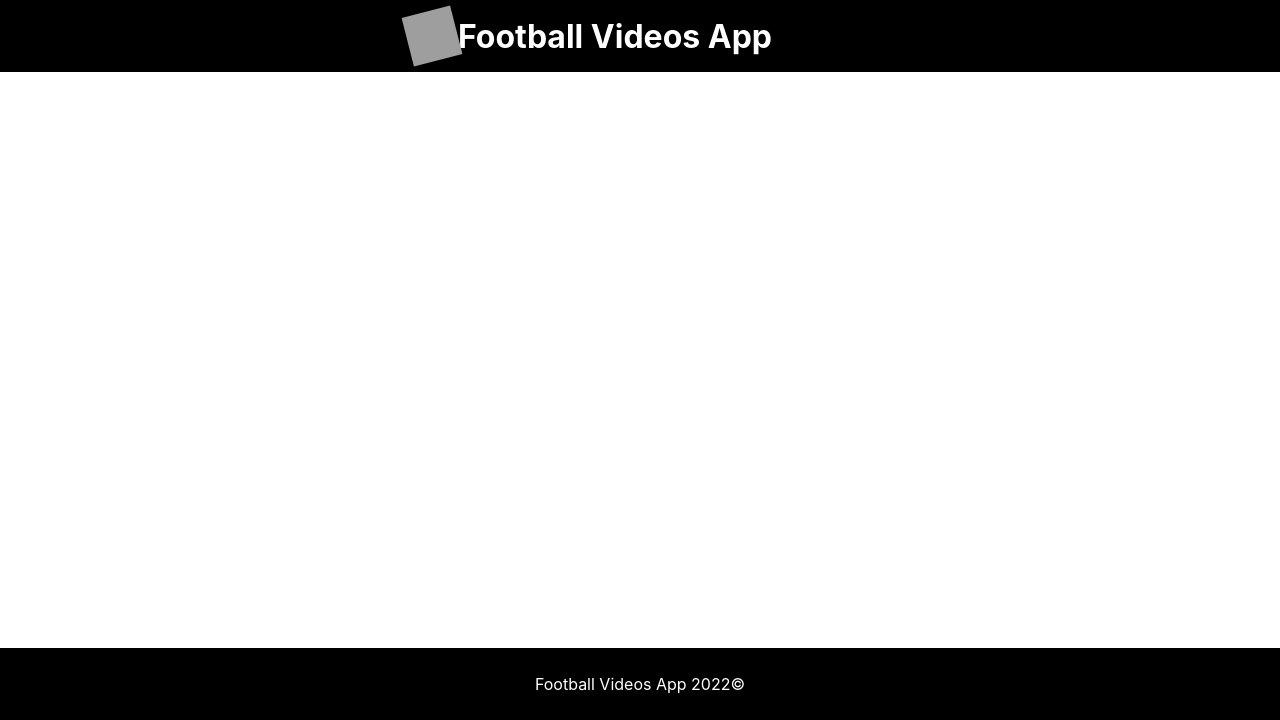
Repository: Ellisvelandia/Football-Videos-App-with-ReactJS
Page: /
The author's editor kept a copy of each file at every save. The page is drawn from the files as they stood at one save, then again after the next save.
The browser window is 1280 px wide. The pictures show the whole page.
Pictures or frames that could not be fetched are drawn as grey boxes. The page's requests for data from a server got no answer. The project was rebuilt for these pictures with package versions that can differ from the ones it lists, and the page was loaded fresh each time. No one was signed in, and anything a server would have sent is missing.

Above is the page before, as saved 2022-08-25 14:40:49.

After the next save:
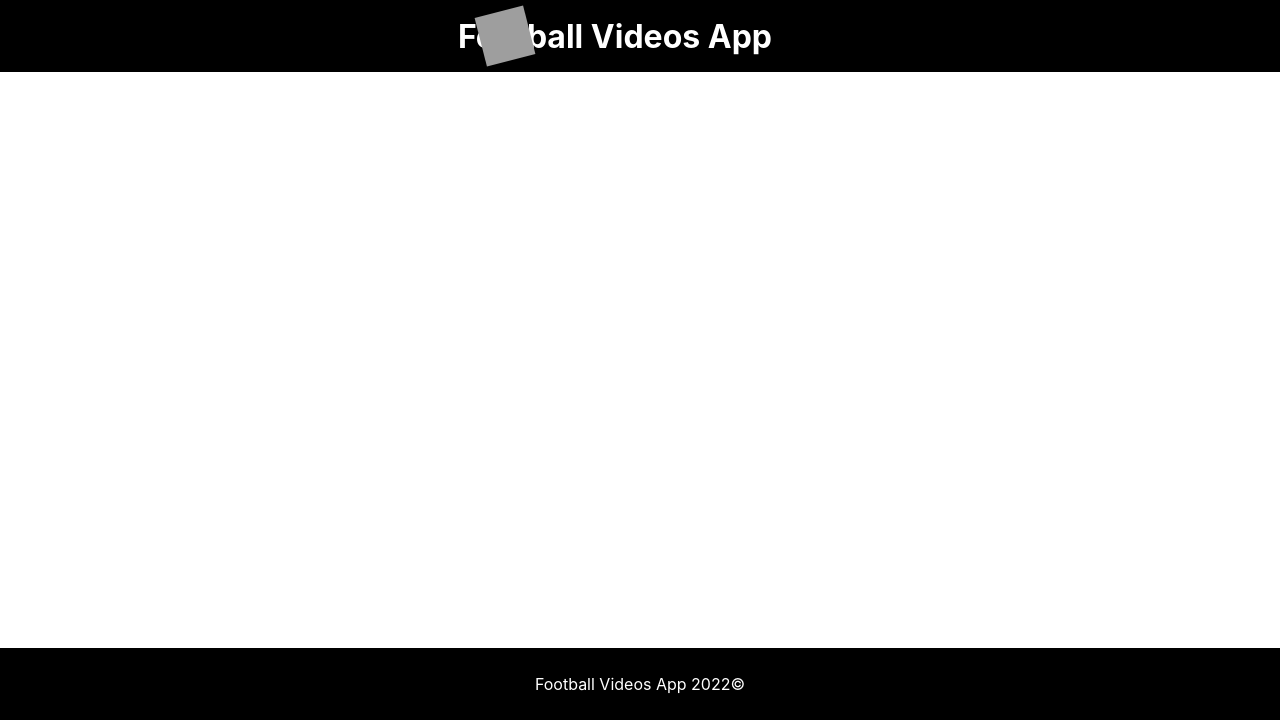
Saved 27 s later.
--- a/src/App.css
+++ b/src/App.css
@@ -106,7 +106,7 @@
     -webkit-transform: rotate(-360deg);
   }
   50% {
-    left: -500px;
+    left: -400px;
     -webkit-transform: rotate(360deg);
   }
   100% {
